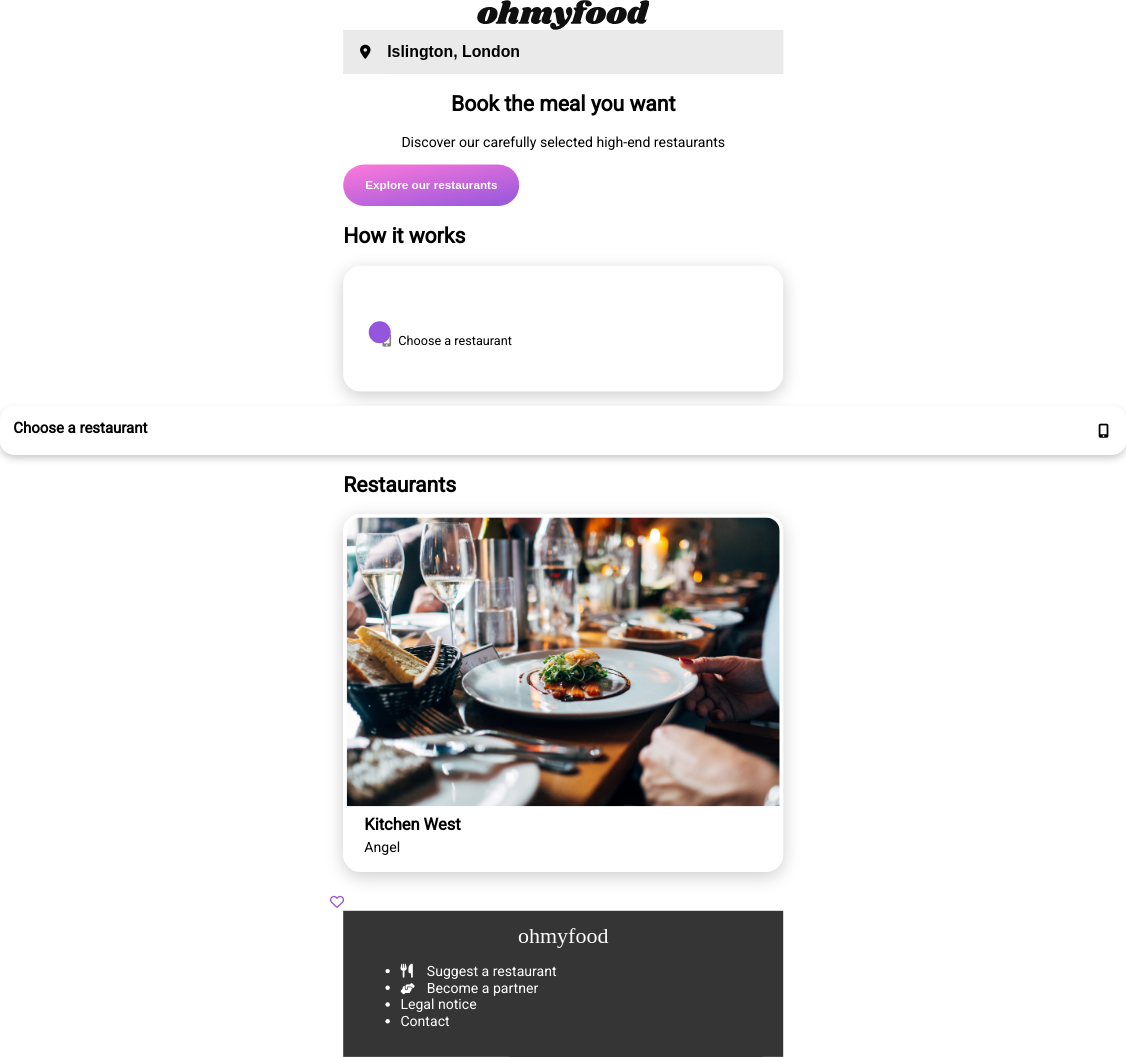
Repository: R1ptou/Project-3
Page: index.html
An editor plug-in stored every save of this project. The page is shown before and after the next save, followed by the edit.
The browser window is 1280 px wide. The pictures show the whole page, at 88% of full size.
Some web fonts or font styles are not loaded; a fallback is used. The style sheet was rebuilt from its Sass, Less or Tailwind sources for each picture, by a compiler version that may differ from the author's.

Above is the page before, as saved 2024-03-24 20:47:46.

### index.html
<!DOCTYPE html>
<html lang="en">
<head>
    <meta charset="UTF-8">
    <meta name="viewport" content="width=device-width, initial-scale=1.0">
    <title>ohmyfood</title>
    <link rel="preconnect" href="https://fonts.googleapis.com">
    <link rel="preconnect" href="https://fonts.googleapis.com">
    <link rel="preconnect" href="https://fonts.gstatic.com" crossorigin>
    <link href="https://fonts.googleapis.com/css2?family=Roboto&family=Shrikhand&display=swap" rel="stylesheet">
    <link rel="stylesheet" href="https://cdnjs.cloudflare.com/ajax/libs/font-awesome/6.2.1/css/all.min.css"
        integrity="sha512-MV7K8+y+gLIBoVD59lQIYicR65iaqukzvf/nwasF0nqhPay5w/9lJmVM2hMDcnK1OnMGCdVK+iQrJ7lzPJQd1w=="
        crossorigin="anonymous" referrerpolicy="no-referrer">
    <link rel="stylesheet" href="./css/style.css">
</head>
<body>
<!-- Nav -->
    <div class="container">
        <div class="logo"> <!-- Logo -->
            <img  src="./Images%20and%20text%20Ohmyfood/images/logo/ohmyfood@2x.svg" alt="ohmyfood logo" >
        </div>
            <form class="search-bar"> <!-- Search bar -->
                <div class="icon-search"><i class="text-black fa-solid fa-location-dot"></i></div>
                <input class="input-search" value="Islington, London" type="text">
            </form>
        <div> <!-- Headline -->
            <h2 class="headline"><strong>Book the meal you want</strong></h2>
            <p class="headline">Discover our carefully selected high-end restaurants</p>
        </div>
            <button type="submit" class="button-search">Explore our restaurants</button> <!-- Submit button -->
    </div>

<!-- How it works -->
    <main>
        <section class="container">
            <h2>How it works</h2>
            <ol class="list-group numbered card card-rest">
                <li class="list-item">
                    <span class="icon-no"></span>
                    <span class="icon-pic fa-solid fa-mobile-screen-button"></span>
                    <span class="card-text">Choose a restaurant</span>
                </li>
            </ol>
        </section>

        <div class="menu-item menu-item-1">
            <div class="menu-item__body">
                <h4 class="menu-item__heading">Choose a restaurant</h4>

            </div>
            <div class="fa-solid fa-mobile-screen-button menu-item__price "></div>
            <div class="menu-item__checkmark">
                <i class="fas fa-check-circle fa-lg menu-item__checkmark-icon"></i>
            </div>
        </div>

<!-- Restaurants -->
        <section class="container">
            <h2>Restaurants</h2>

            <a href="#" class="card-rest">
                <img class="card-img" src="./Images%20and%20text%20Ohmyfood/images/restaurants/jay-wennington-N_Y88TWmGwA-unsplash.jpg" alt="">
                      <div class="card-content">
                        <h3 class="card-title">Kitchen West</h3>
                        <p class="card-subtitle">Angel</p>
                      </div>
            </a>
            <div class="heart">
                <span class="fa-solid fa-heart heart-icon heart-full"></span>
                <span class="fa-regular fa-heart heart-icon heart-empty"></span>

            </div>

        </section>

<!-- Header -->
<!-- Footer -->
<footer class="footer container">
    <div class="logo"> <!-- Logo -->
        <a href class="#top footer-logo" title="Back to top of the page" alt="Back to top of the page">ohmyfood</a>
     </div>
     <ul class="list">
        <li><a href="#"><span class="fa-solid fa-utensils footer-ico"></span>Suggest a restaurant</a></li>
        <li><a href="#"><i class="fa-solid fa-handshake-angle footer-ico ico-resize"></i>Become a partner</a></li>
        <li><a href="#">Legal notice</a></li>
        <li><a href="mailto:project3@ohmyfood.com" title="Email Us" alt="Email Us">Contact</a></li>
      </ul>
  </footer>
    </main>
</body>
</html>

### scss/style.scss
/****** General ***********/

@import "variables";
@import "base";
@import "list-group";
@import "card";
@import "button";

.container {
    max-width: 500px;
    margin: auto;
}


/****** Nav ***********/

/****** Logo ***********/

.logo {
    display: flex;
    justify-content: center;
}
/****** Search bar ***********/

.search-bar {
    display: flex;
    justify-content: center;
    background-color: $septenary-color;
}

.icon-search {
    display: flex;
    justify-content: center;
    align-items: center;
    width: 50px;
    height: 50px;
    flex-shrink: 0;
}

.input-search {
    display: flex;
    border-width: 0;
    border-style: none;
    width: 100%;
    padding: 0;
    font-weight: bold;
    font-size: 18px;
    background-color: $septenary-color;
    caret-color: $tertiary-color;
}
.input-search:focus {
    outline: none;
}

/****** Headline ***********/
.headline {
    display: flex;
    justify-content: center;
}

/****** How it works ***********/

ol {
    counter-reset: section;
}

li::before {
    counter-increment: section;
}

.numbered li {
    margin: 2em 0;
    padding-top: 1em;
    display: block;
    position: relative;
    counter-increment: inst;
}
.steps li::before {
    content: counter(inst);
}
.icon-pic {
    display: relative;
    background: none;
    color: grey;
    width: 20px;
    height: 20px;
    padding: 15px;
    flex-shrink: 0;
}

.icon-pic:hover {
    color: $primary-color;
}

.icon-no {
    position: absolute;
    margin:0 0;
    background: $primary-color;
    border-radius: 50%;
    border: none;
    font-size: 0.9rem;
    color: #fff;
    text-align: center;
    width: 25px;
    height: 25px;
    padding: 5px;
    flex-shrink: 0;
}

.menu-item {
	background: white;
	border-radius: 16px;
	box-shadow: 0 4px 8px 0 rgba(0,0,0,0.2);
	position: relative;
	overflow: hidden;
	cursor: pointer;
	display: flex;

	.menu-item__price {
		display: flex;
		align-items: center;
		padding: 20px;
	}

	&:hover {
		.menu-item__checkmark {
			width: 75px;
		}
		.menu-item__checkmark-icon {
			-webkit-transform: rotate(0deg);
			transform: rotate(0deg);
		}
	}

	.menu-item__body {
		width: 100%;
		padding: 15px;
		overflow: hidden;
		display: flex;
		flex-direction: column;

		.menu-item__content, .menu-item__heading {
			margin: 0;
			font-size: 15px;
			text-overflow: ellipsis;
			overflow: hidden;
			white-space: nowrap;
		}

		.menu-item__heading{
			font-size: 17px;
		}
	}

	.menu-item__checkmark {
		width: 0;
		background: $primary-color;
		transition: width 1s;
		right: 0;
		top: 0;
		bottom: 0;
		flex-shrink: 0;
		display: flex;
		justify-content: center;
		align-items: center;
	}

	.menu-item__checkmark-icon {

		transition: transform 1s;
		color: white;
	}
}


/****** Restaurants ***********/

.heart {
    position: relative;
    display:inline-block;
    height: 24px;
    width: 24px;
    top: 10px;
    right: 15px;
}

.heart-icon {
    position: absolute;
    display: inline-block;
    height: 24px;
    width: 24px;
    color: $primary-color;
}

.heart-empty {
    transition: opacity 1s;
    opacity: 1;
}

.heart-full {
    transition: opacity 1s;
    opacity: 0;
    background-image: $gradient;
    background-clip: text;
    -webkit-background-clip: text;
    color: transparent;
}

.heart:hover .heart-full {
    opacity: 1;
}

.heart:hover .heart-empty {
    opacity: 0;
}

/****** Starters ***********/


/****** Mains ***********/


/****** Deserts ***********/


/****** Button ***********/

.btn {
    background-color: $primary-color;
}

/****** Label ***********/


/****** Icon ***********/


/****** Footer ***********/

.footer {
    background-color: $octonary-color;
    color: #fff;
    padding: 15px 25px;
}

.footer-logo {
    color: #fff;
    font-family: $primary-serif;
    font-size: 25px;
    margin: 0;
}

.footer a {
    color: #fff;
}

.footer-ico {
    width: 30px;
}

.ico-resize {
    font-size: 13px;
}

### scss/_variables.scss
    $primary-color: #9356DC; // button, badge, icon hover
    $secondary-color: #FF79DA; // button gradient
    $tertiary-color: #99E2D0; // element hue
    $quaternary-color: #008766; // badge font
    $quinary-color: #7E7E7E; // icons
    $senary-color: #F6F6F6; // background hue (off-white)
    $septenary-color: #EAEAEA; // form field background
    $octonary-color: #353535; // footer background

    $gradient: linear-gradient(-10deg, #9356DC, #FF79DA);
    $gradient-hover: linear-gradient(120deg, #9356DC, #FF79DA);

    $primary-sans-serif: "Roboto", sans-serif;
    $primary-serif: "Shrikhand", serif;

### scss/_base.scss
body {
    margin: 0;
    padding: 0;
    color: #000;
    font-family: $primary-sans-serif;
    }

::selection {
    color: #000;
    background: $tertiary-color;
    }

a {
    text-decoration: none;
    }

a, a:visited {
    color: inherit;
    }

a:hover, a:focus {
    color: $tertiary-color;
}

* {
    box-sizing: border-box;
    -moz-box-sizing: border-box;
    -webkit-box-sizing: border-box;
    }

*:focus {
    outline: $tertiary-color solid 2px;
}

*:visited {}

html {
    scroll-behavior: smooth;
  }

a[title]:hover::after {
    opacity: 1;
    transition: all 0.1s ease 0.3s;
    visibility: visible;
}

a[title]:after {
    content: attr(title);
    color: $tertiary-color;
    position: absolute;
    top: 10px;
    left: 105%;
    z-index: 100;
    white-space: nowrap;
    border: solid 1px;
    padding: 5px;
    font-family: $primary-sans-serif;
    font-size: 0.7rem;
    opacity: 0;
    visibility: hidden;
}
[title] {
    position: relative;
}

### scss/_list-group.scss
.numbered {
    list-style-type: none;
    counter-reset: section;
}

.list-group {
    list-style-type: none;
    padding: 0;
    display: flex;
    flex-direction: column;
    justify-content: space-between;
    align-items: start;
}
.list-item {
    display: flex;
    justify-content: space-between;
    align-items: flex-start;
    position: relative;
    box-sizing: border-box;
    list-style-type: none;
    text-decoration: none;
}

### scss/_card.scss
.card-group {
    display: flex;
    flex-wrap: wrap;
    padding: 16px 25px;
}

.card {
    display: flex;
    flex-direction: row;
    padding: 16px 25px;
    background: #fff;
    border-radius: 25px;
    box-shadow: 1px 3px 6px 0px rgba(0, 0, 255, .2);
    font: 0.9rem "Roboto", sans-serif;
    color: #000;
}

/****** Restaurants ***********/



.card-rest {
    margin-bottom: 1rem;
    display: flex;
    flex-direction: column;
    background-color: var(#F6F6F6);
    box-shadow: 0 5px 20px rgba(0,0,0,0.2);
    border-radius: 20px;
    overflow: hidden;
    border: 4px solid #fff;
}

.card-img {
    object-fit: cover;
    width: 100%;
}

.card-content {
    padding: 10px 20px;
}

.card-title {
    margin: 0;
}

.card-subtitle {
    margin: 5px 0;
}

### scss/_button.scss
/****** Submit button ***********/


.button-search{
    padding: 16px 25px;
    color: #fff;
    font-weight: bold;
    background: $gradient;
    border-radius: 25px;
    border: none;
    justify-content: center;
    //transition: all 0.5s ease-out;
}

.button-search:hover,
.button-search:focus {
    background: $gradient-hover;
    outline: none;
    cursor: pointer;
    content:"";
    left: 120%;
}

After the next save:
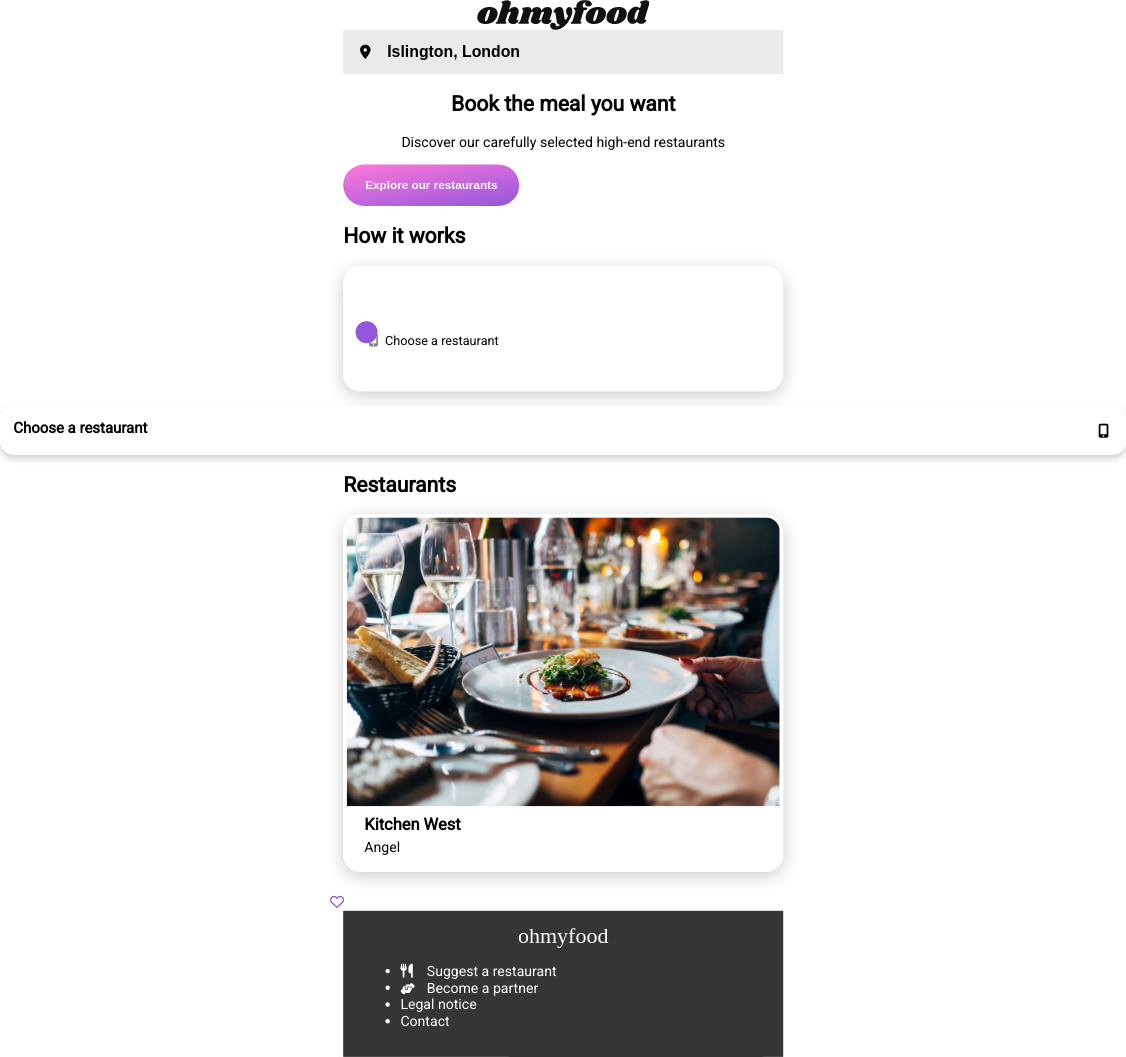
Saved 76 s later.
--- a/scss/style.scss
+++ b/scss/style.scss
@@ -68,6 +68,12 @@ li::before {
     counter-increment: section;
 }
 
+.numbered {
+    clear: both;
+    list-style: none;
+    padding-left: 2%;
+  }
+
 .numbered li {
     margin: 2em 0;
     padding-top: 1em;
@@ -75,6 +81,7 @@ li::before {
     position: relative;
     counter-increment: inst;
 }
+
 .steps li::before {
     content: counter(inst);
 }
